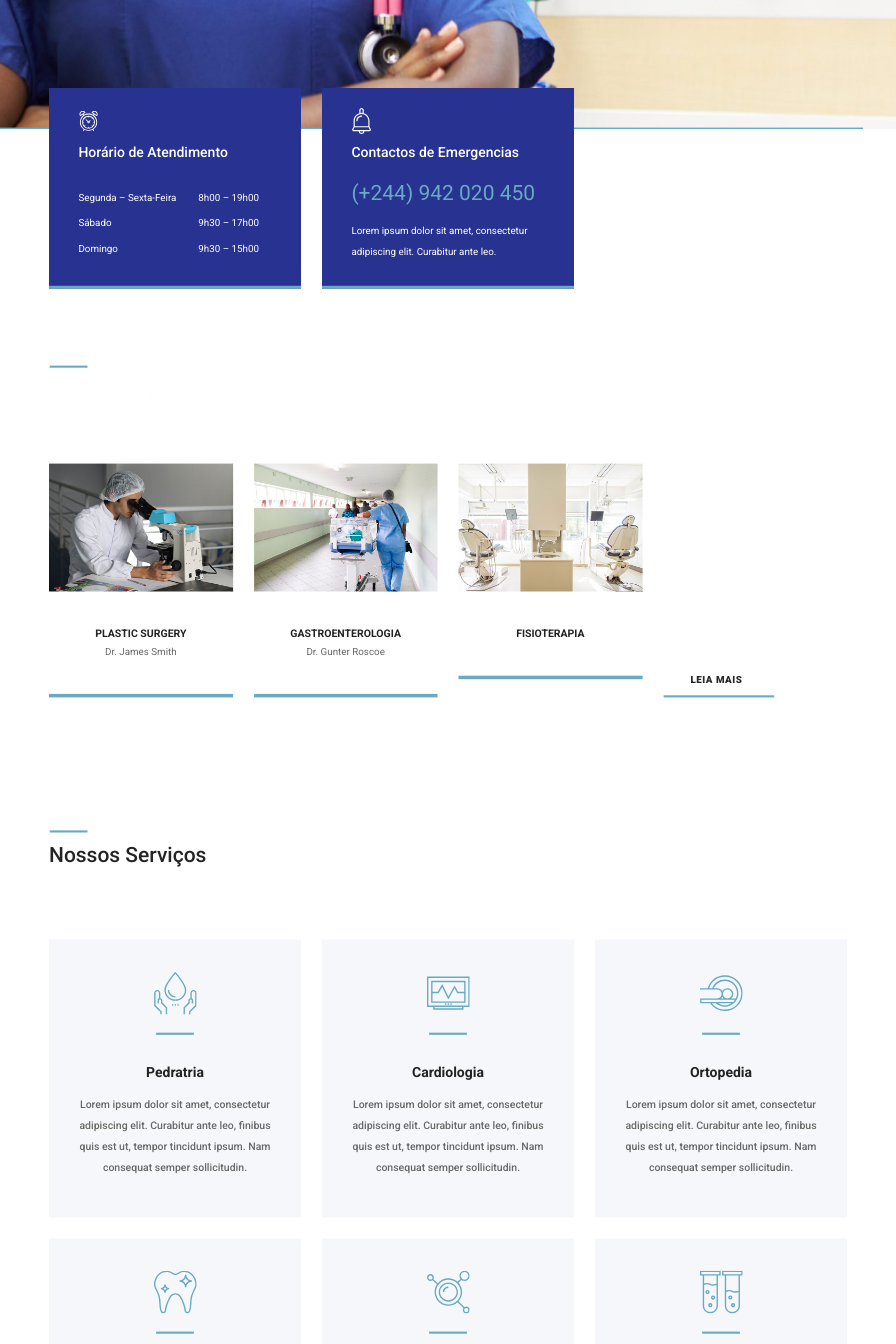
Repository: Nanitamo/centro-medico-eden-webpage
Page: index.html
The author's editor kept a copy of each file at every save. The page is drawn from the files as they stood at one save, then again after the next save.
The browser window is 1280 px wide. The pictures show the part of the page from y = 716 to 2636 px (the page is 4028 px tall), at 70% of full size.

Above is the page before, as saved 2020-06-18 17:27:55.

After the next save:
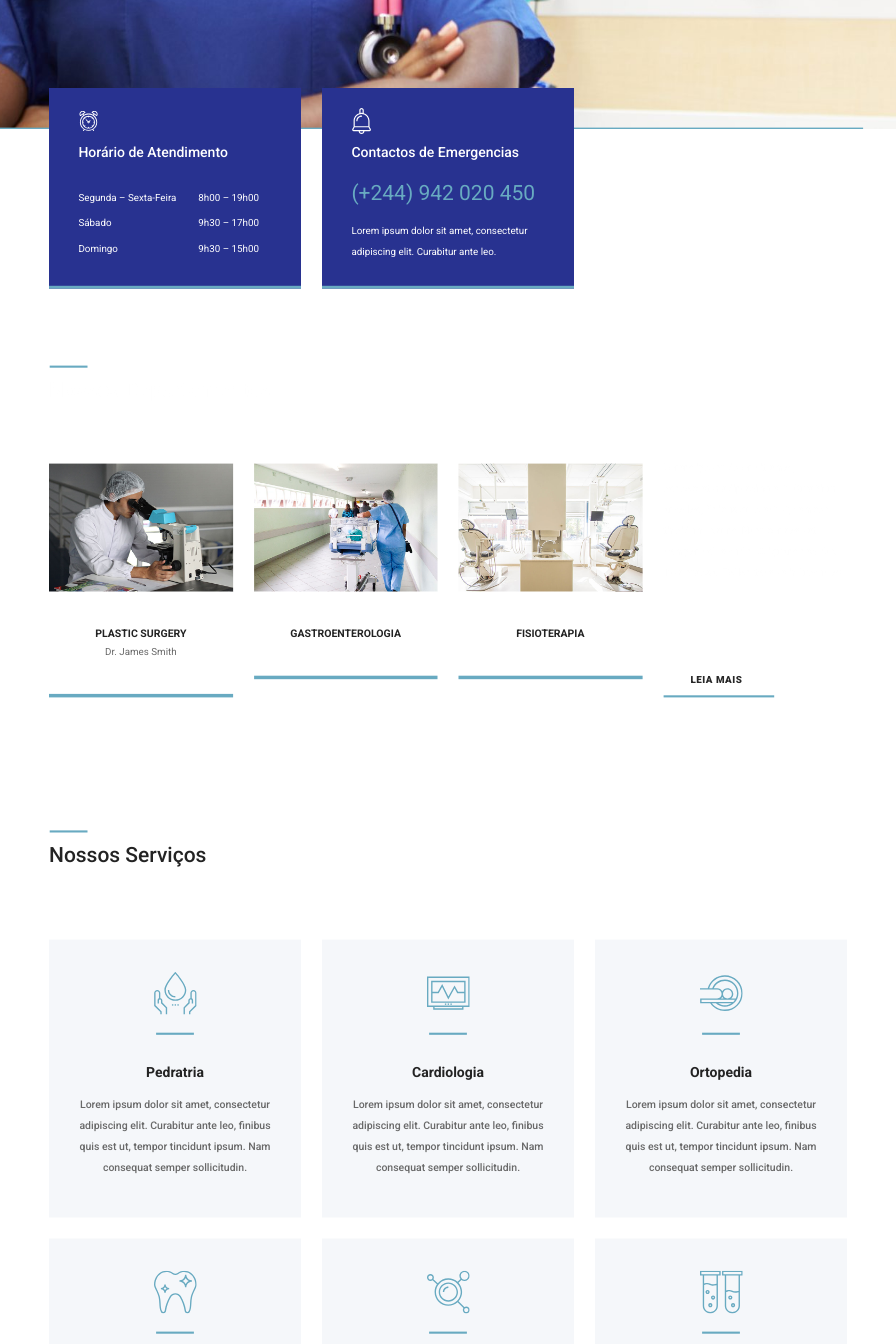
Saved 4 s later.
--- a/index.html
+++ b/index.html
@@ -303,7 +303,7 @@
 						<div class="dept_image"><img src="images/dept_2.jpg" alt=""></div>
 						<div class="dept_content text-center">
 							<div class="dept_title">gastroenterologia</div>
-							<div class="dept_subtitle">Dr. Gunter Roscoe</div>
+							<!-- <div class="dept_subtitle">Dr. Gunter Roscoe</div> -->
 						</div>
 					</div>
 				</div>
